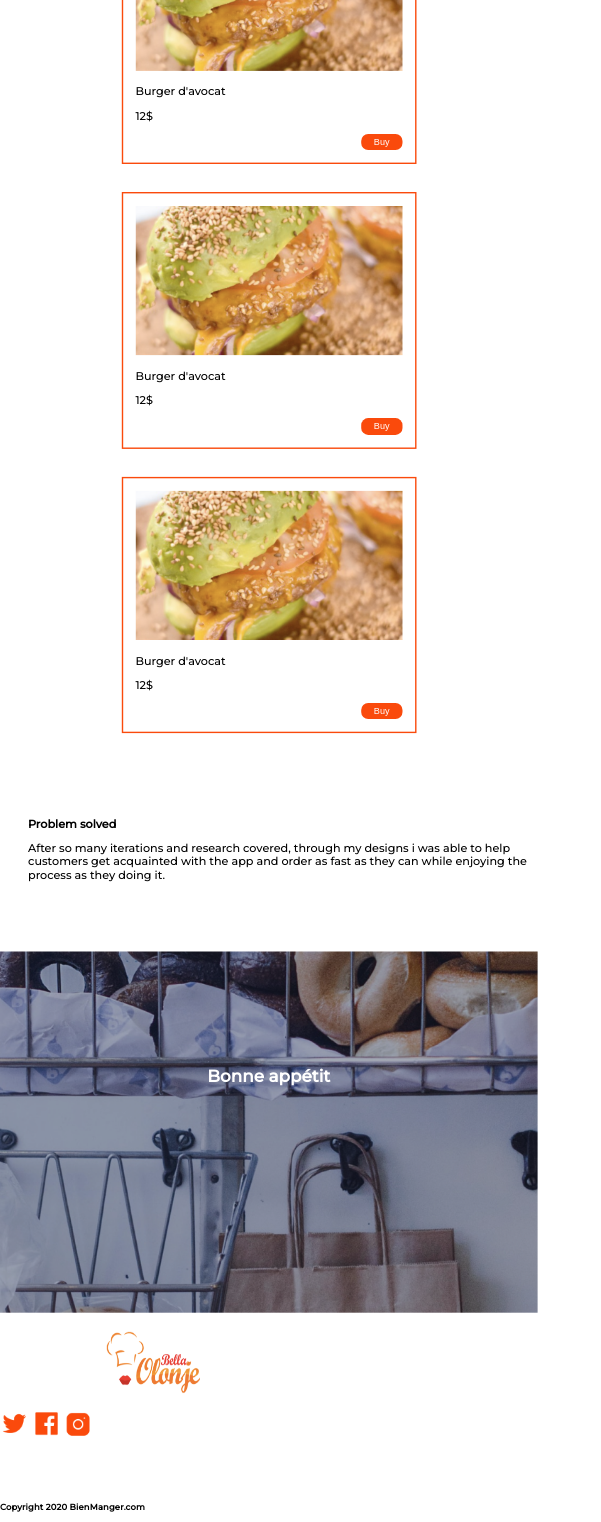
Repository: Ahlam-belhadj/bella-olange
Page: index.html
An editor plug-in stored every save of this project. The page is shown before and after the next save, followed by the edit.
The browser window is 768 px wide. The page is 858 px wide, so the pictures cover 858 px, including what lies to the right of the window. The pictures show the part of the page from y = 4006 to 6246 px (the page is 6180 px tall before and 6246 px after), at 70% of full size.

Above is the page before, as saved 2023-02-12 00:42:21.

### index.html
<!DOCTYPE html>
<html lang="en">

<head>
    <meta charset="UTF-8">
    <meta http-equiv="X-UA-Compatible" content="IE=edge">
    <meta name="viewport" content="width=device-width, initial-scale=1.0">
    <link rel="stylesheet" href="style.css">
    <title>Bella olanje</title>
</head>

<body>
    <header>
        <nav>
            <div class="logo"><img  class="logo" src="image/logo_bella_olonje.png" alt="logo"></div>
            <ul>
                <li><a href="#" class="nav-link">Home</a></li>
                <li><a href="#" class="nav-link">Pizza</a></li>
                <li><a href="#" class="nav-link">Burgers</a></li>
                <li><a href="#" class="nav-link">Salade</a></li>
                <li><a href="#" class="nav-link">Contact</a></li>

            </ul>
            <div class="icon_navbar">
                <label for="click" class="menu-btn">
                  <i class="fas fa-bars"></i>
                </label>
            </div>
          </nav>

        <div class="title">
            <div class="texte">
                <h3>Food app</h3>
                <h1>Chez Bella <br>
                    chaque désire s'additionne.</h1>
            </div>
        </div>
    </header>
    <main>
        <h2 id="pizza" >Nos Pizza</h2>
        <div class="container-card">
            <div class="border">
                <div class="card-img">
                    <img src="image/fromage.png" alt="">
                </div>
                <div class="card-text">
                    <p>
                        Pizza 4 Fromage
                    </p>
                </div>
                <div class="prix">
                    <p>
                        12$
                    </p>
                </div>
                <div class="button1">
                    <a href="index2.html"><button class="button" type="button">Buy</button></a>
                </div>
            </div>
            <div class="border">
                <div class="card-img">
                    <img src="image/fromage.png" alt="">
                </div>
                <div class="card-text">
                    <p>
                        Pizza 4 Fromage
                    </p>
                </div>
                <div class="prix">
                    <p>
                        12$
                    </p>
                </div>
                <div class="button1">
                    <a href="index2.html"><button class="button" type="button">Buy</button></a>
                </div>
            </div>
            <div class="border">
                <div class="card-img">
                    <img src="image/fromage.png" alt="">
                </div>
                <div class="card-text">
                    <p>
                        Pizza 4 Fromage
                    </p>
                </div>
                <div class="prix">
                    <p>
                        12$
                    </p>
                </div>
                <div class="button1">
                    <a href="index2.html"><button class="button" type="button">Buy</button></a>
                </div>
            </div>
        </div>
        <hr id="burgers">
        <h2>Nos Burgers</h2>
        <div class="container-card">
            <div class="border">
                <div class="card-img">
                    <img src="image/salade.png" alt="">
                </div>
                <div class="card-text">
                    <p>
                        Burger d'avocat
                    </p>
                </div>
                <div class="prix">
                    <p>
                        12$
                    </p>
                </div>
                <div class="button1">
                    <a href="index2.html"><button class="button" type="button">Buy</button></a>
                </div>
            </div>
            <div class="border">
                <div class="card-img">
                    <img src="image/salade.png" alt="">
                </div>
                <div class="card-text">
                    <p>
                        Burger d'avocat
                    </p>
                </div>
                <div class="prix">
                    <p>
                        12$
                    </p>
                </div>
                <div class="button1">
                    <a href="index2.html"><button class="button" type="button">Buy</button></a>
                </div>
            </div>
            <div class="border">
                <div class="card-img">
                    <img src="image/salade.png" alt="">
                </div>
                <div class="card-text">
                    <p>
                        Burger d'avocat
                    </p>
                </div>
                <div class="prix">
                    <p>
                        12$
                    </p>
                </div>
                <div class="button1">
                    <a href="index2.html"><button class="button" type="button">Buy</button></a>
                </div>
            </div>
        </div>
        <hr id="salade">
        <h2>Nos Salade</h2>
        <div class="container-card">
            <div class="border">
                <div class="card-img">
                    <img src="image/burger.png" alt="">
                </div>
                <div class="card-text">
                    <p>
                        Burger d'avocat
                    </p>
                </div>
                <div class="prix">
                    <p>
                        12$
                    </p>
                </div>
                <div class="button1">
                    <a href="index2.html"><button class="button" type="button">Buy</button></a>
                </div>
            </div>
            <div class="border">
                <div class="card-img">
                    <img src="image/burger.png" alt="">
                </div>
                <div class="card-text">
                    <p>
                        Burger d'avocat
                    </p>
                </div>
                <div class="prix">
                    <p>
                        12$
                    </p>
                </div>
                <div class="button1">
                    <a href="index2.html"><button class="button" type="button">Buy</button></a>
                </div>
            </div>
            <div class="border">
                <div class="card-img">
                    <img src="image/burger.png" alt="">
                </div>
                <div class="card-text">
                    <p>
                        Burger d'avocat
                    </p>
                </div>
                <div class="prix">
                    <p>
                        12$
                    </p>
                </div>
                <div class="button1">
                    <a href="index2.html"><button class="button" type="button">Buy</button></a>
                </div>
            </div>
        </div>


        <strong>
            Problem solved
        </strong>


        <p class="texte3">After so many iterations and research covered, through my designs i was able to help <br> customers get
            acquainted
            with the app and order as fast as they can while enjoying the <br>
            process as they doing it.</p>



        <div class="title1">
            <div class="texte">
                <h2>Bonne appétit</h2>
            </div>
        </div>

        <footer class="footer">
            <img class="footer_logo" src="image/logo_bella_olonje.png" alt="logo">
            <div class="social">
                <img src="image/ant-design_twitter-outlined.png" alt="panier">
                <img src="image/ant-design_facebook-filled.png" alt="facebook">
                <img src="image/instagram.png" alt="insta">
            </div>
            <p class="copy">Copyright 2020 BienManger.com</p>
        </footer>
    </main>

</body>

</html>

### style.css
@import url('https://fonts.googleapis.com/css2?family=Montserrat:wght@100;200;500&display=swap');

body {
    font-family: Montserrat, sans-serif;
    margin: auto;
}


.logo {
    height: 80px;
}

nav {
    display: flex;
    height: 80px;
    width: 100%;
    background: white;
    align-items: center;
    justify-content: space-between;
    padding: 0 50px 0 100px;
    flex-wrap: wrap;
  }

  nav .logo {
    color: #fff;
    font-size: 20px;
    text-transform: uppercase;
    text-decoration: none;
  }

  nav a {
    color: #fff;
    text-decoration: none;
  }

  nav ul {
    display: flex;
    flex-wrap: wrap;
    list-style: none;

  }

  nav ul li {
    margin: 0 5px;
  }

  nav ul li a {
    color: black;
    text-decoration: none;
    font-size: 16px;
    font-weight: 500;
    padding: 8px 15px;
    border-radius: 5px;
    letter-spacing: 1px;
    transition: all 0.3s ease;
  }

  nav .icon_navbar {
    display: flex;
  }



  nav .menu-btn i {
    color: #050505;
    font-size: 22px;
    cursor: pointer;

  }

  input[type="checkbox"] {
    display: none;
  }

  @media (max-width: 1000px) {
    nav {
      padding: 0 40px 0 50px;
    }

    nav .logo {
      color: #fff;
      font-size: 16px;
      text-transform: uppercase;
    }
  }

  @media (max-width: 1250px) {
    nav .menu-btn i {
      display: block;
    }

    #click:checked~.menu-btn i:before {
      content: "\f00d";
    }

    nav ul {
      position: fixed;
      top: 80px;
      right: -100%;
      background: #C81100;
      height: 100vh;
      width: 60%;
      text-align: center;
      display: block;
      transition: all 0.3s ease;
    }

    #click:checked~ul {
      right: 0;
    }

    nav ul li {
      width: 100%;
      margin: 40px 0;
    }

    nav ul li a {
      width: 100%;
      display: block;
      font-size: 20px;
      transition: 0.6s cubic-bezier(0.68, -0.55, 0.265, 1.55);
    }

    #click:checked~ul li a {
      margin-left: 0px;
    }

    nav ul li a.active,
    nav ul li a:hover {
      background: none;
      color: #1E1E1E;
    }
  }

.title {
  background-image: url(image/Rectangle\ 48.png);
  height: 619px;
  background-repeat: no-repeat;
  background-position: center;
  background-size: cover;



}

.texte{
    color: white;
    display: flex;
    align-items: center;
    justify-content: center;
    flex-direction: column;
    text-align: center;
    height: 50%;
}

h2{
    text-align:center;
    padding-top: 100px;
}

.container-card{
    display: flex;
    flex-direction: row;
    justify-content: space-around;
    align-items: center;
    margin-bottom: 100px;

}

.border{
    border: 2px solid #fa4a0c;
    padding: 18px;

}


.button {
    border: 0;
    line-height: 1.8;
    padding: 0 18px;
    font-size: 13px;
    text-align: center;
    color: #fff;
    border-radius: 10px;
    background-color:#FA4A0C;

}


.button1{
    display: flex;
    justify-content: end;

}

.imgf{
    height: 619px;
}

.title1 {
    background-image: url(image/Rectangle\ 47.png);
    height: 516px;
    background-repeat: no-repeat;
    background-position: center;
    background-size: cover;



}

p.texte3 {

    margin-bottom: 100px;
    padding-left: 40px;
}

.footer {
    padding: 0 115px 54px 115px;
    display: flex;
    flex-direction: row;
    justify-content: space-between;
}

.footer_logo {
    padding-top: 17px;
    height: 90px;
}

.social {
    padding-top: 66px;
}

.copy {
    padding-top: 74px;
    font-family: Montserrat;
    font-style: normal;
    font-weight: 700;
    font-size: 12px;
    line-height: 18px;
    letter-spacing: 0.2px;
}


hr {
    width: 50%;
    height: 2px;
    background-color:#E4E4E4;
    border: none;
}

strong {
    padding-left: 40px;

}



@media (max-width:801px) {

    .container-card{
        flex-direction: column;
    }

    .border {
        margin: 20px;
    }


    .footer{
        padding: 0;
        display: flex;
        flex-direction: column;
    }


    .footer_logo{
        width: 150px;
        height: 100px;
       padding-left: 150px;
       margin-bottom: 20px;
    }
    .social {
        padding: 0;
    }

    .nav-menu {
        width: 105%;
    }



}

After the next save:
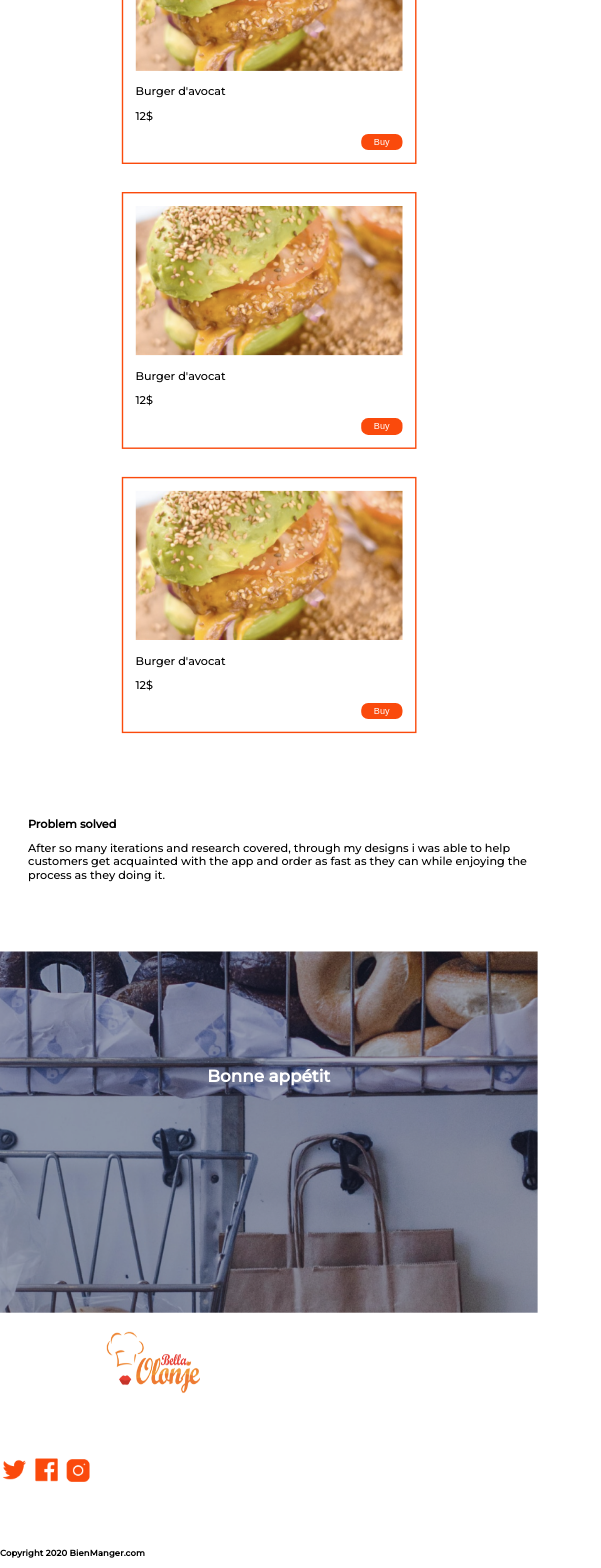
Saved 19 s later.
--- a/style.css
+++ b/style.css
@@ -280,7 +280,7 @@ strong {
        margin-bottom: 20px;
     }
     .social {
-        padding: 0;
+        display: inline;
     }
 
     .nav-menu {
